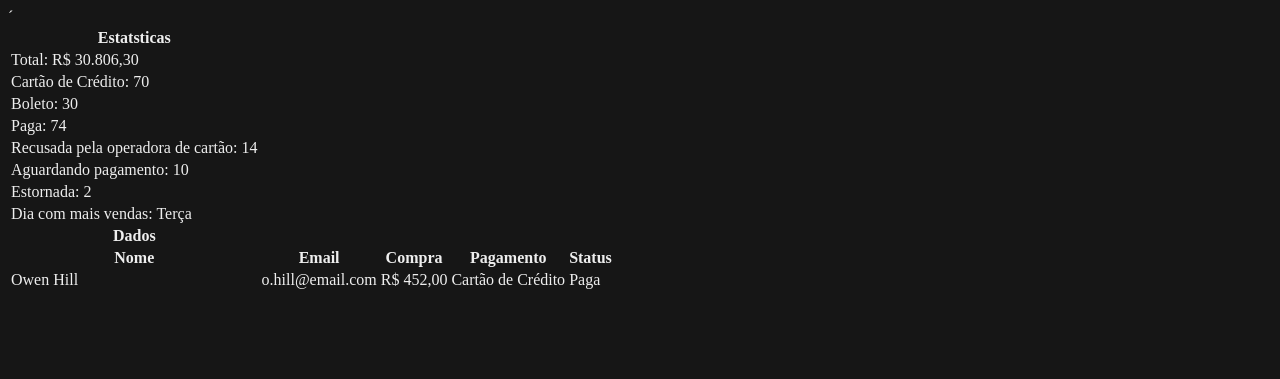
Repository: lucasleitedosreis/exercicios-praticando-typescript
Page: index.html
These files come from the project's save history. The page is drawn as it stood at one moment and after the next save; the edit follows.
The browser window is 1280 px wide. The pictures show the whole page.
The page's requests for data from a server got no answer.

Above is the page before, as saved 2023-04-13 13:53:58.

### index.html
<!DOCTYPE html>
<html lang="pt-BR">

<head>
    <meta charset="UTF-8">
    <meta http-equiv="X-UA-Compatible" content="IE=edge">
    <meta name="viewport" content="width=device-width, initial-scale=1.0">
    <title>Exercícios TypeScript</title>
    <link rel="stylesheet" href="./src/styles.css">
</head>

<body>
    <table>
        <thead>
            <tr>
                <th id="estatisticas">Estatsticas</th>´
            </tr>
        </thead>
        <tbody>
            <tr>
                <td>Total: R$ 30.806,30</td>
            </tr>
            <tr>
                <td>Cartão de Crédito: 70</td>
            </tr>
            <tr>
                <td>Boleto: 30</td>
            </tr>
            <tr>
                <td>Paga: 74</td>
            </tr>
            <tr>
                <td>Recusada pela operadora de cartão: 14</td>
            </tr>
            <tr>
                <td>Aguardando pagamento: 10</td>
            </tr>
            <tr>
                <td>Estornada: 2</td>
            </tr>
            <tr>
                <td>Dia com mais vendas: Terça</td>
            </tr>
        </tbody>
        <thead>
            <tr>
                <th id="dados">Dados</th>
            </tr>
        </thead>
        <tbody>
            <tr>
                <th id="nome" colspan="10">Nome</th>
                <th id="email" colspan="10">Email</th>
                <th id="compra" colspan="10">Compra</th>
                <th id="pagamento" colspan="10">Pagamento</th>
                <th id="status" colspan="10">Status</th>
            </tr>
            <tr>
                <td colspan="10">Owen Hill</td>
                <td colspan="10">o.hill@email.com</td>
                <td colspan="10">R$ 452,00</td>
                <td colspan="10">Cartão de Crédito</td>
                <td colspan="10">Paga</td>
            </tr>
        </tbody>

    </table>
    <script type="module" src="./dist/script.js"></script>
</body>

</html>

### src/styles.css
body {
  background: #161616;
  color: #eeeeee;
  font-size: 1rem;
}

### dist/script.js
import fetchData from "./fetchData.js";
import normalizarTransacao from "./normalizartransacao.js";
async function handleData() {
    const data = await fetchData("https://api.origamid.dev/json/transacoes.json?");
    if (!data)
        return;
    const transacoes = data.map(normalizarTransacao);
    console.log(transacoes);
}
handleData();
//# sourceMappingURL=script.js.map

### dist/fetchData.js
export default async function fetchData(url) {
    try {
        const response = await fetch(url);
        if (!response.ok)
            throw new Error("Erro: " + response.status);
        const json = await response.json();
        return json;
    }
    catch (error) {
        if (error instanceof Error)
            console.log("Ocorreu um Erro ao executar o fetch: " + error.message);
        return null;
    }
}
//# sourceMappingURL=fetchData.js.map

### dist/normalizartransacao.js
import moedaParanumero from "./moedaParaNumero.js";
export default function normalizarTransacao(transacao) {
    return {
        nome: transacao.Nome,
        id: transacao.ID,
        data: transacao.Data,
        status: transacao.Status,
        email: transacao.Email,
        moeda: transacao["Valor (R$)"],
        valor: moedaParanumero(transacao["Valor (R$)"]),
        pagamento: transacao["Forma de Pagamento"],
        novo: Boolean(transacao["Cliente Novo"]),
    };
}
//# sourceMappingURL=normalizartransacao.js.map

### dist/moedaParaNumero.js
export default function moedaParanumero(moeda) {
    const numero = Number(moeda.replaceAll(".", "").replaceAll(",", "."));
    if (isNaN(numero)) {
        return null;
    }
    else {
        return numero;
    }
}
//# sourceMappingURL=moedaParaNumero.js.map

After the next save:
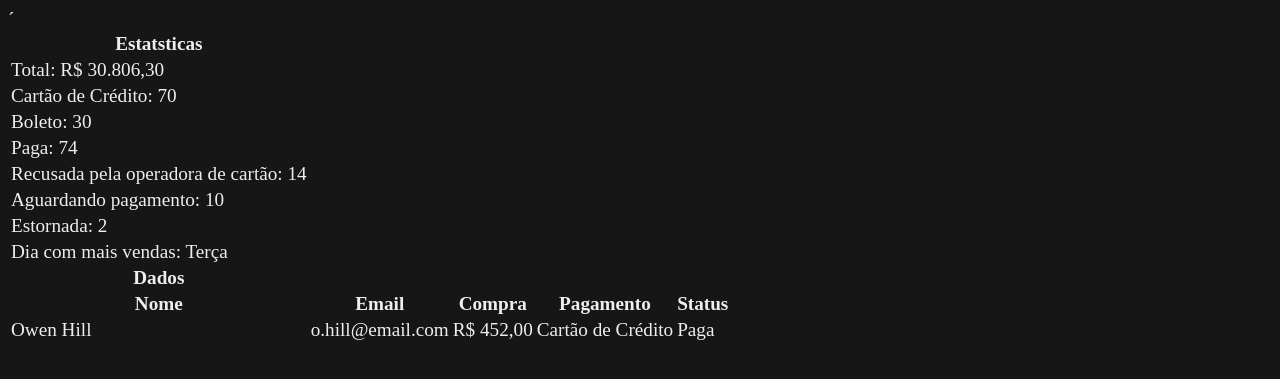
Saved 6 s later.
--- a/src/styles.css
+++ b/src/styles.css
@@ -1,5 +1,5 @@
 body {
   background: #161616;
   color: #eeeeee;
-  font-size: 1rem;
+  font-size: 1.2rem;
 }
